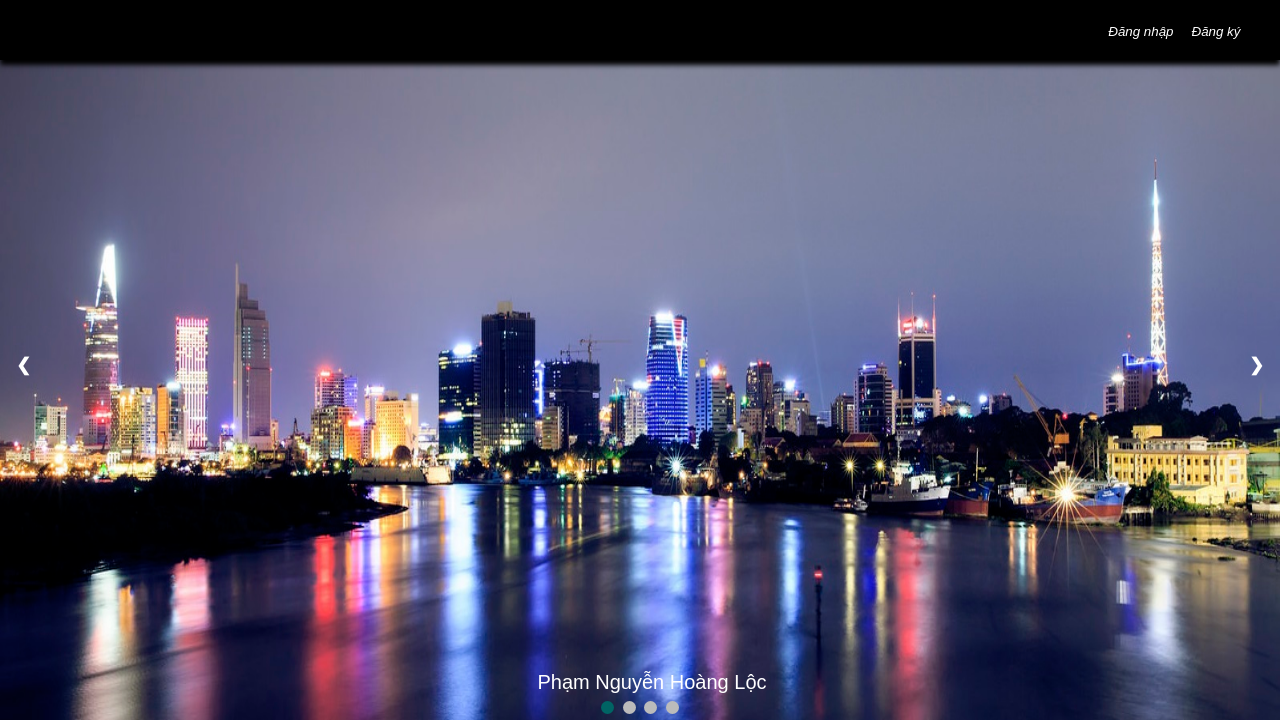
Repository: viplocpro/jsp
Page: ChatServlet/WebContent/index.html
The author's editor kept a copy of each file at every save. The page is drawn from the files as they stood at one save, then again after the next save.
The browser window is 1280 px wide. The pictures show the whole page.

Above is the page before, as saved 2016-10-13 03:10:29.

After the next save:
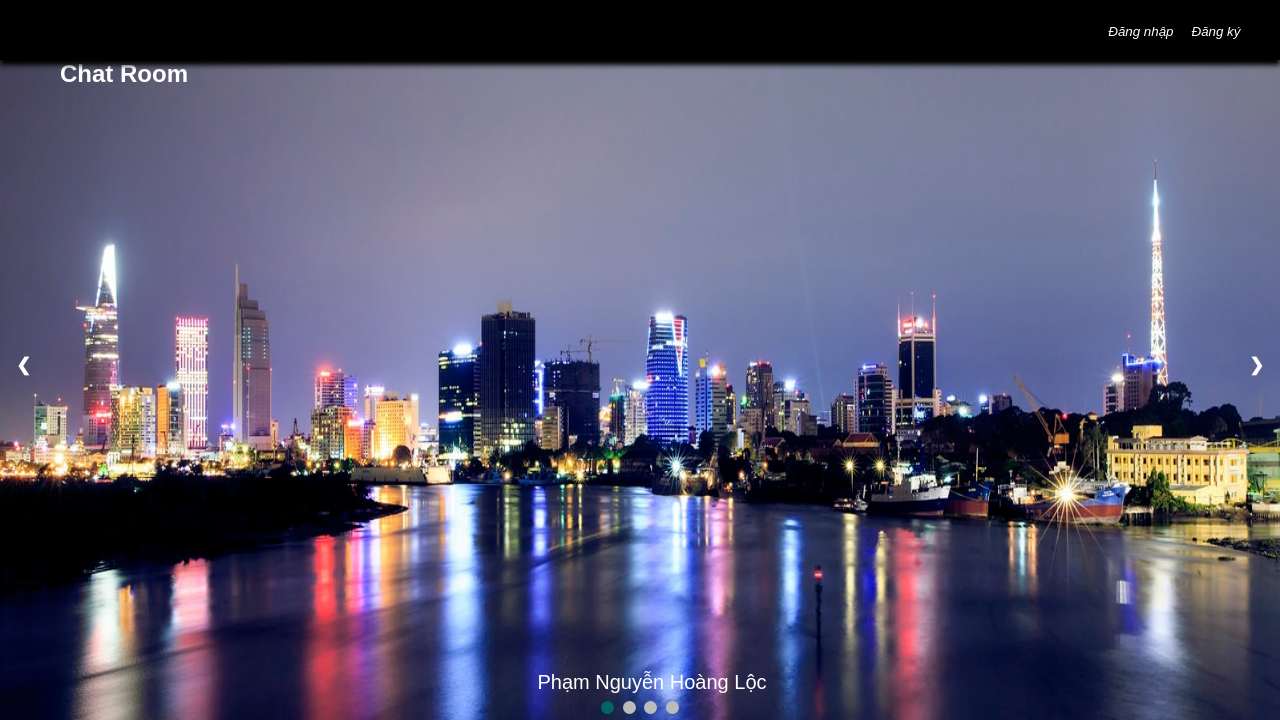
Saved 12 s later.
--- a/ChatServlet/WebContent/style/style.css
+++ b/ChatServlet/WebContent/style/style.css
@@ -172,7 +172,8 @@ body{
 	font-size: 150%;
 	font-weight: bold;
 	position: absolute;
-
+	top: 60px;
+	left: 60px;
 }
 
 .active, .dot:hover {
